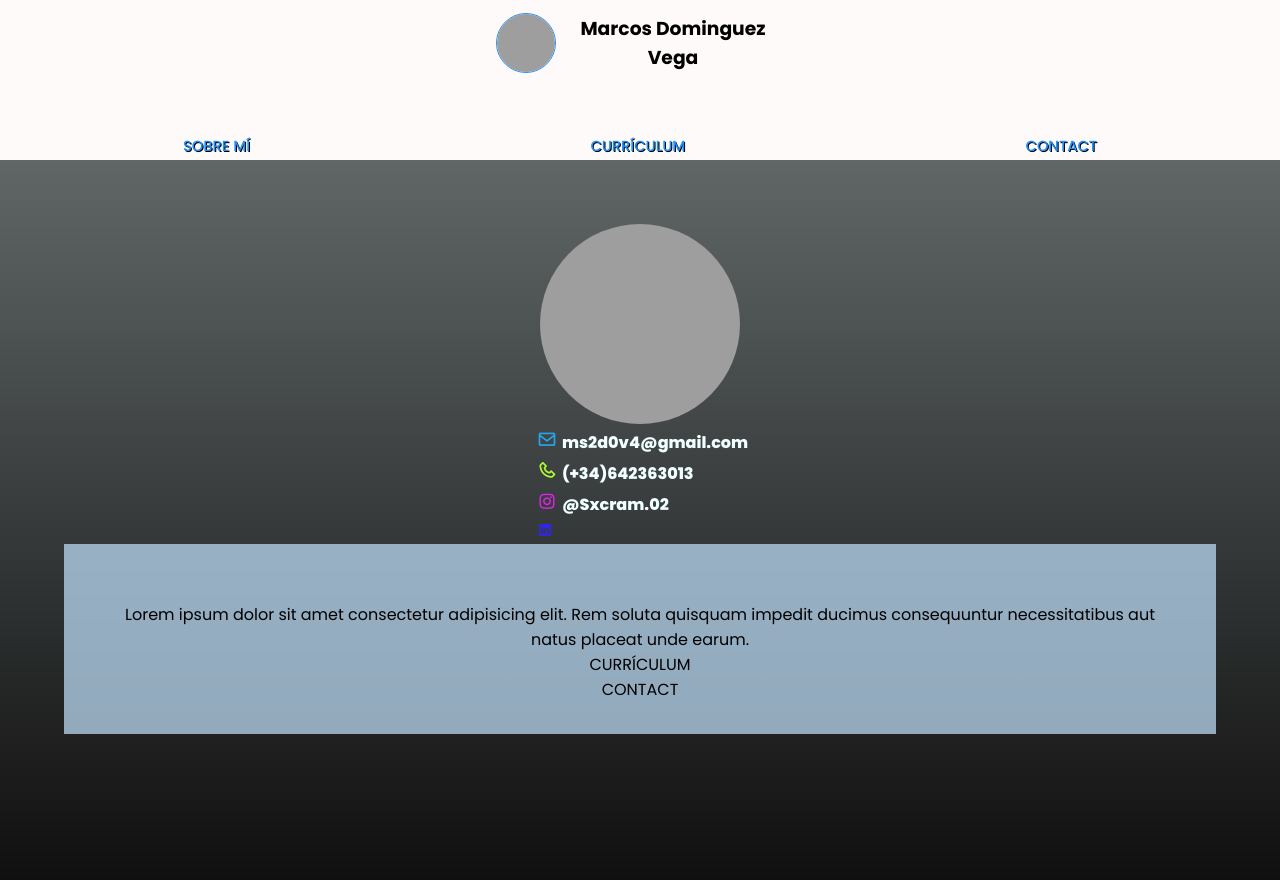
Repository: Sxcram02/Portfoliov.2
Page: index.html
An editor plug-in stored every save of this project. The page is shown before and after the next save, followed by the edit.
The browser window is 1280 px wide. The pictures show the whole page.
Pictures or frames that could not be fetched are drawn as grey boxes.

Above is the page before, as saved 2023-04-11 00:34:00.

After the next save:
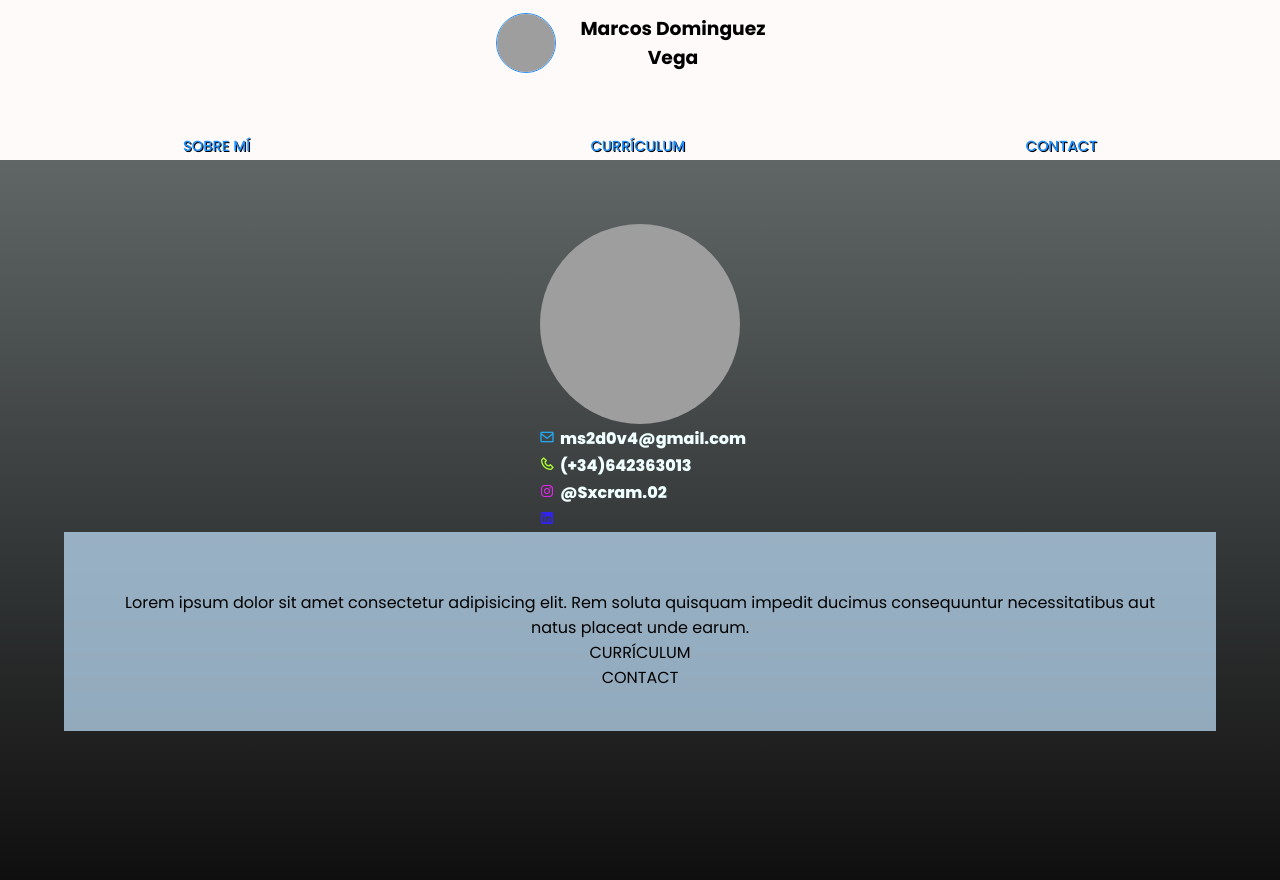
Saved 13 s later.
--- a/index.html
+++ b/index.html
@@ -29,9 +29,9 @@
                 <article class="box-image">
                     <img src="https://picsum.photos/200" alt="porfile" />
                     <ul class="redes">
-                        <li><i class='bx bx-envelope' style='color:#24a7ef;font-size: 20px;' ></i>ms2d0v4@gmail.com</li>
-                        <li><i class='bx bx-phone' style="color:greenyellow; font-size: 20px;"></i>(+34)642363013</li>
-                        <li><i class='bx bxl-instagram' style='color:#e624ef;font-size: 20px;'  ></i>@Sxcram.02</li>
+                        <li><i class='bx bx-envelope' style='color:#24a7ef;' ></i>ms2d0v4@gmail.com</li>
+                        <li><i class='bx bx-phone' style="color:greenyellow; "></i>(+34)642363013</li>
+                        <li><i class='bx bxl-instagram' style='color:#e624ef;'  ></i>@Sxcram.02</li>
                         <li><i class='bx bxl-linkedin-square' style='color:#3124ef'  ></i></li>
                     </ul>
                 </article>
